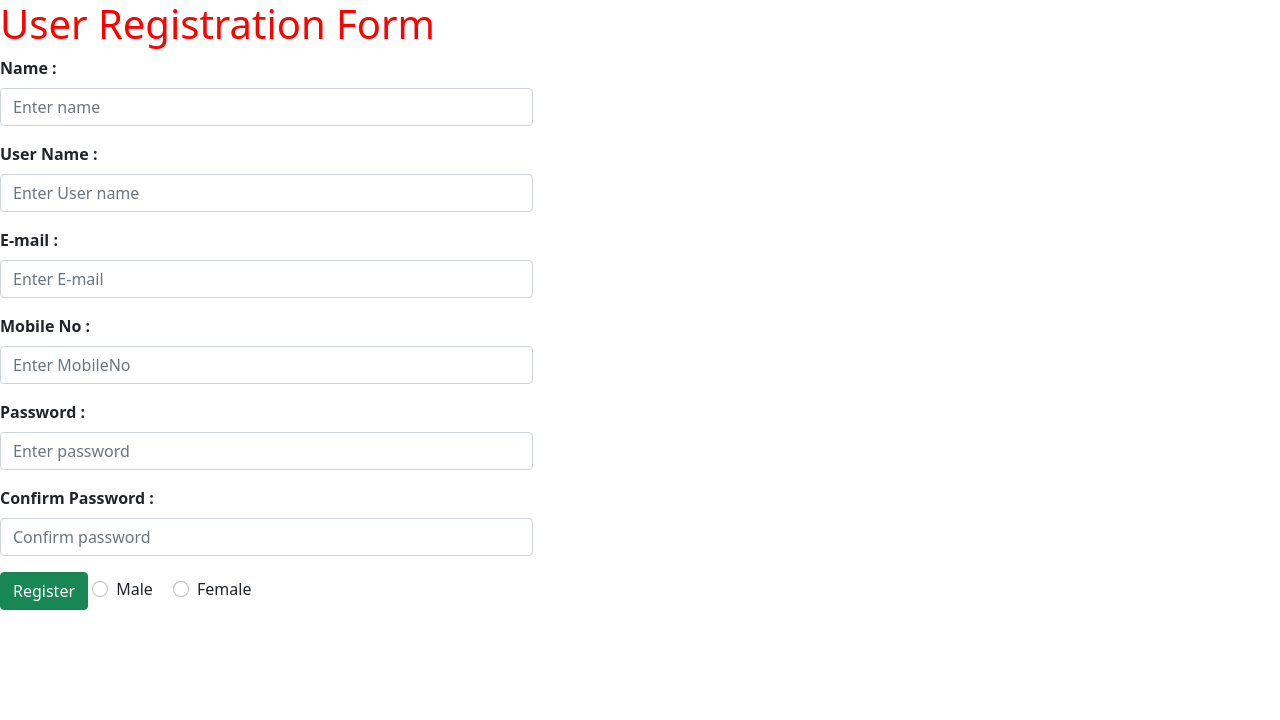
Repository: sntv1005/RegistrationForm
Page: http://localhost/register
An editor plug-in stored every save of this project. The page is shown before and after the next save, followed by the edit.
The browser window is 1280 px wide. The pictures show the whole page.
The page is this project's Thymeleaf template; nobody is signed in. The template is opened directly, without the code that normally fills it, so the values that code supplies are empty.

Above is the page before, as saved 2023-12-01 06:09:23.

### RegistrationForm/src/main/resources/templates/register.html
<!doctype html>
<html lang="en">
  <head>
    <meta charset="utf-8">
    <meta name="viewport" content="width=device-width, initial-scale=1">

    <link href="https://cdn.jsdelivr.net/npm/bootstrap@5.0.2/dist/css/bootstrap.min.css" rel="stylesheet" integrity="sha384-EVSTQN3/azprG1Anm3QDgpJLIm9Nao0Yz1ztcQTwFspd3yD65VohhpuuCOmLASjC" crossorigin="anonymous">

	 <script src="https://cdn.jsdelivr.net/npm/bootstrap@5.0.2/dist/js/bootstrap.bundle.min.js" integrity="sha384-MrcW6ZMFYlzcLA8Nl+NtUVF0sA7MsXsP1UyJoMp4YLEuNSfAP+JcXn/tWtIaxVXM" crossorigin="anonymous"></script>


    <title>Register Form </title>
  </head>
  <body>
	  <div class=""container>
		  <h1 style=" color: red"> User Registration Form </h1>

		  <form class="col-5">
			   <div class="mb-3" >
			       <label for="exampleFormControlInput1" class="form-label"><b>Name : </b></label>
			       <input type="name" class="form-control" id="exampleFormControlInput1" placeholder="Enter name">
		       </div>

		        <div class="mb-3" >
			       <label for="exampleFormControlInput1" class="form-label"><b>User Name : </b></label>
			       <input type="name" class="form-control" id="exampleFormControlInput1" placeholder="Enter User name">
		       </div>

		        <div class="mb-3" >
			       <label for="exampleFormControlInput1" class="form-label"><b>E-mail : </b></label>
			       <input type="email" class="form-control" id="exampleFormControlInput1" placeholder="Enter E-mail">
		       </div>

		        <div class="mb-3" >
			       <label for="exampleFormControlInput1" class="form-label"><b>Mobile No  : </b></label>
			       <input type="name" class="form-control" id="exampleFormControlInput1" placeholder="Enter MobileNo">
		       </div>

		        <div class="mb-3" >
			       <label for="exampleFormControlInput1" class="form-label"><b>Password : </b></label>
			       <input type="password" class="form-control" id="exampleFormControlInput1" placeholder="Enter password">
		       </div>

		        <div class="mb-3" >
			       <label for="exampleFormControlInput1" class="form-label"><b>Confirm Password : </b></label>
			       <input type="password" class="form-control" id="exampleFormControlInput1" placeholder="Confirm password">
		       </div>

		       <button type="submit " class="btn btn-success"> Register </button>

		        <div class="form-check form-check-inline">
					  <input class="form-check-input" type="radio" name="inlineRadioOptions" id="inlineRadio1" value="option1">
					  <label class="form-check-label" for="inlineRadio1">Male </label>
				</div>
				<div class="form-check form-check-inline">
				  <input class="form-check-input" type="radio" name="inlineRadioOptions" id="inlineRadio2" value="option2">
				  <label class="form-check-label" for="inlineRadio2">Female</label>
				</div>
		  </form>


	  </div>

  </body>
</html>

After the next save:
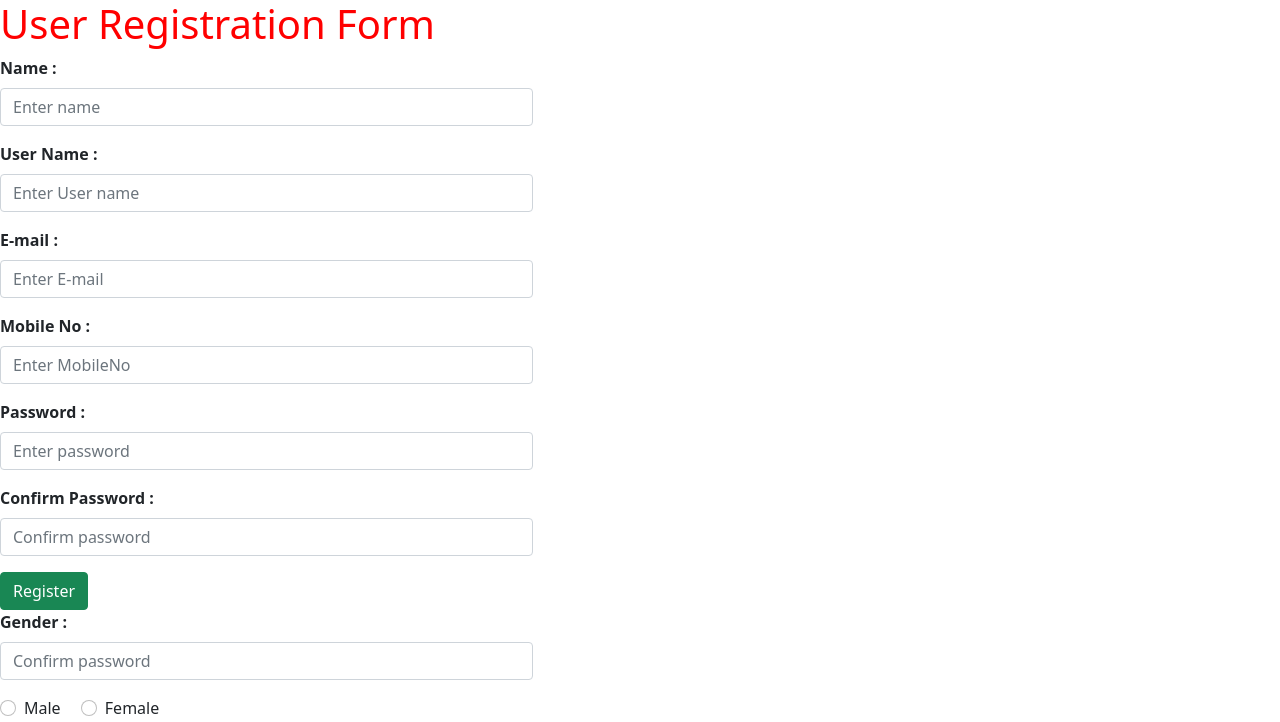
Saved 33 s later.
--- a/RegistrationForm/src/main/resources/templates/register.html
+++ b/RegistrationForm/src/main/resources/templates/register.html
@@ -48,6 +48,10 @@
 
 		       <button type="submit " class="btn btn-success"> Register </button>
 
+		       <div class="mb-3" >
+			       <label for="exampleFormControlInput1" class="form-label"><b> Gender  : </b></label>
+			       <input type="password" class="form-control" id="exampleFormControlInput1" placeholder="Confirm password">
+		       </div>
 		        <div class="form-check form-check-inline">
 					  <input class="form-check-input" type="radio" name="inlineRadioOptions" id="inlineRadio1" value="option1">
 					  <label class="form-check-label" for="inlineRadio1">Male </label>
